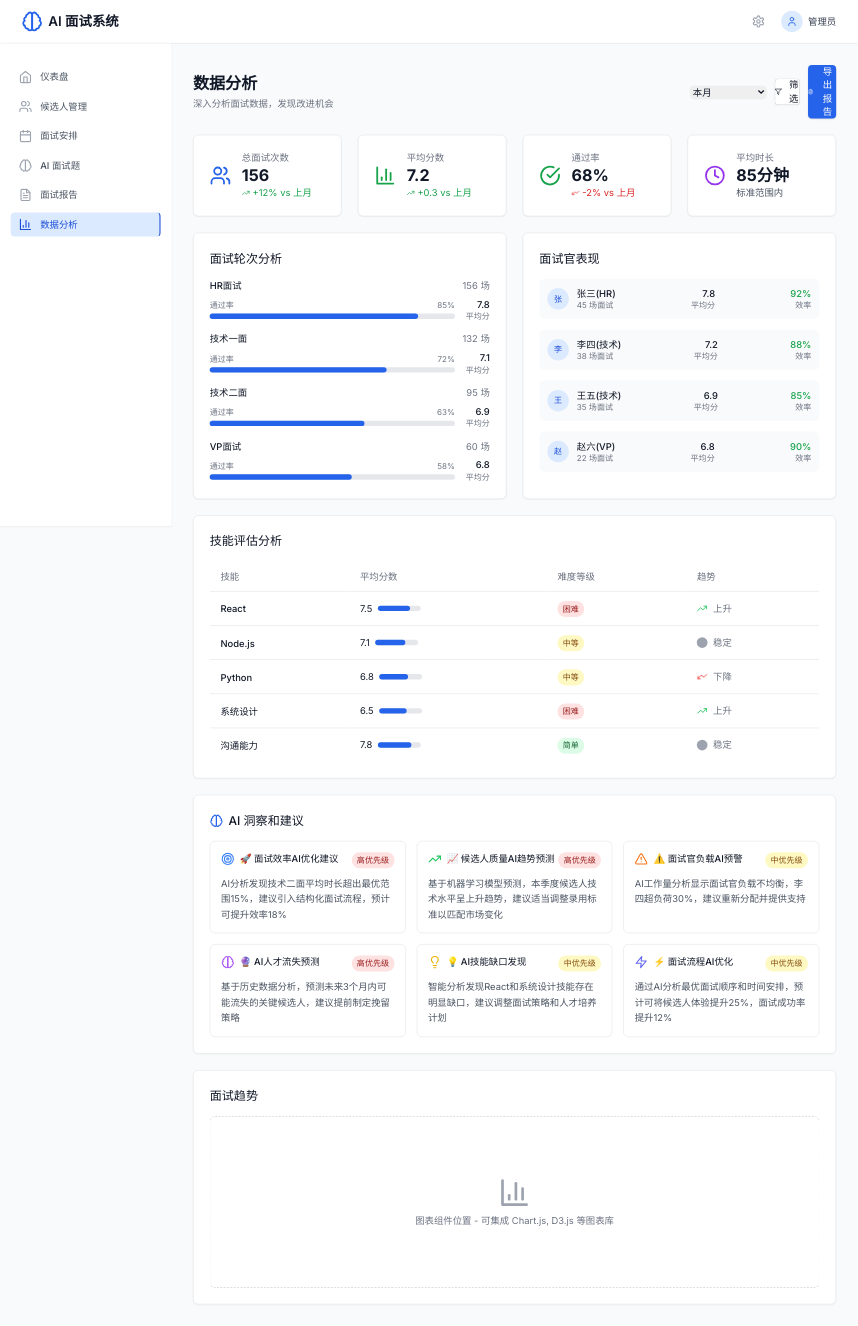
Repository: OisCircle/ai-day
Page: /analysis
The author's editor kept a copy of each file at every save. The page is drawn from the files as they stood at one save, then again after the next save.
The browser window is 1280 px wide. The pictures show the whole page, at 67% of full size.
The project was rebuilt for these pictures with package versions that can differ from the ones it lists, and the page was loaded fresh each time. Also part of the build but not shown: vite.config.ts, src/pages/AIInterviewQuestions.tsx, src/pages/CandidateManagement.tsx, src/components/AIAssistant.tsx, src/components/DataVisualization.tsx, src/pages/Dashboard.tsx, src/pages/InterviewConducting.tsx, src/pages/InterviewReports.tsx and 1 more.

Above is the page before, as saved 2025-08-20 16:12:21.

### index.html
<!DOCTYPE html>
<html lang="zh-CN">
  <head>
    <meta charset="UTF-8" />
    <link rel="icon" type="image/svg+xml" href="/vite.svg" />
    <meta name="viewport" content="width=device-width, initial-scale=1.0" />
    <title>AI 面试系统</title>
    <link rel="preconnect" href="https://fonts.googleapis.com" />
    <link rel="preconnect" href="https://fonts.gstatic.com" crossorigin />
    <link
      href="https://fonts.googleapis.com/css2?family=Inter:wght@400;500;600;700&display=swap"
      rel="stylesheet"
    />
  </head>
  <body>
    <div id="root"></div>
    <script type="module" src="/src/main.tsx"></script>
  </body>
</html>

### src/App.tsx
import { Navigate, Route, Routes } from "react-router-dom";
import Layout from "./components/Layout";
import AIInterviewQuestions from "./pages/AIInterviewQuestions";
import CandidateManagement from "./pages/CandidateManagement";
import Dashboard from "./pages/Dashboard";
import InterviewAnalysis from "./pages/InterviewAnalysis";
import InterviewConducting from "./pages/InterviewConducting";
import InterviewReports from "./pages/InterviewReports";
import InterviewSchedule from "./pages/InterviewSchedule";

function App() {
  return (
    <Layout>
      <Routes>
        <Route path="/" element={<Navigate to="/dashboard" replace />} />
        <Route path="/dashboard" element={<Dashboard />} />
        <Route path="/candidates" element={<CandidateManagement />} />
        <Route path="/interviews" element={<InterviewSchedule />} />
        <Route path="/ai-questions" element={<AIInterviewQuestions />} />
        <Route path="/interview/:id" element={<InterviewConducting />} />
        <Route path="/reports" element={<InterviewReports />} />
        <Route path="/analysis" element={<InterviewAnalysis />} />
      </Routes>
    </Layout>
  );
}

export default App;

### src/pages/InterviewAnalysis.tsx
import {
  AlertTriangle,
  BarChart3,
  Bot,
  Brain,
  CheckCircle,
  Clock,
  FileText,
  Filter,
  Lightbulb,
  MessageSquare,
  Sparkles,
  Star,
  Target,
  TrendingDown,
  TrendingUp,
  User,
  Users,
  Zap,
} from "lucide-react";
import { useState, useEffect } from "react";

const InterviewAnalysis: React.FC = () => {
  const [selectedPeriod, setSelectedPeriod] = useState("month");
  const [selectedMetric, setSelectedMetric] = useState("all");
  const [selectedInterviewer, setSelectedInterviewer] = useState<string | null>(null);
  const [isAiAnalyzing, setIsAiAnalyzing] = useState(false);

  // 模拟分析数据
  const analysisData = {
    summary: {
      totalInterviews: 156,
      averageScore: 7.2,
      passRate: 68,
      averageDuration: 85, // 分钟
    },
    trends: {
      monthly: [
        { month: "1月", interviews: 45, passRate: 64, avgScore: 6.8 },
        { month: "2月", interviews: 52, passRate: 71, avgScore: 7.1 },
        { month: "3月", interviews: 59, passRate: 68, avgScore: 7.2 },
      ],
    },
    interviewTypes: [
      { type: "HR面试", count: 156, passRate: 85, avgScore: 7.8 },
      { type: "技术一面", count: 132, passRate: 72, avgScore: 7.1 },
      { type: "技术二面", count: 95, passRate: 63, avgScore: 6.9 },
      { type: "VP面试", count: 60, passRate: 58, avgScore: 6.8 },
    ],
    interviewers: [
      {
        id: "zhang_hr",
        name: "张三(HR)",
        interviews: 45,
        avgScore: 7.8,
        efficiency: 92,
        aiScore: 8.5,
        strengths: ["沟通能力强", "面试节奏把控好", "候选人体验佳"],
        weaknesses: ["技术评估深度不够", "时间把控需改进"],
        aiAnalysis: "张三作为HR面试官表现优异，在候选人沟通和文化适配评估方面有独特优势，建议继续保持并加强技术理解。",
        personalityType: "友好型",
        consistency: 94,
        predictiveAccuracy: 89
      },
      {
        id: "li_tech",
        name: "李四(技术)",
        interviews: 38,
        avgScore: 7.2,
        efficiency: 88,
        aiScore: 7.9,
        strengths: ["技术深度把控准确", "问题设计合理", "逻辑思维清晰"],
        weaknesses: ["面试氛围略紧张", "沟通引导不足"],
        aiAnalysis: "李四技术功底扎实，评估准确度高，但在面试体验优化方面有提升空间，建议参加面试技巧培训。",
        personalityType: "分析型",
        consistency: 91,
        predictiveAccuracy: 95
      },
      {
        id: "wang_tech",
        name: "王五(技术)",
        interviews: 35,
        avgScore: 6.9,
        efficiency: 85,
        aiScore: 7.3,
        strengths: ["系统设计评估专业", "架构思维清晰", "经验丰富"],
        weaknesses: ["评分标准偏严格", "反馈不够及时"],
        aiAnalysis: "王五在系统架构评估方面表现突出，但评分标准需要校准，建议与其他面试官进行标准统一。",
        personalityType: "严谨型",
        consistency: 88,
        predictiveAccuracy: 87
      },
      {
        id: "zhao_vp",
        name: "赵六(VP)",
        interviews: 22,
        avgScore: 6.8,
        efficiency: 90,
        aiScore: 8.1,
        strengths: ["战略视野开阔", "领导力评估准确", "决策果断"],
        weaknesses: ["面试频次较低", "与候选人互动较少"],
        aiAnalysis: "赵六具有丰富的高级管理经验，在候选人潜力评估方面准确度很高，建议增加面试参与度。",
        personalityType: "领导型",
        consistency: 93,
        predictiveAccuracy: 91
      },
    ],
    skills: [
      { skill: "React", avgScore: 7.5, difficulty: "high", trend: "up" },
      {
        skill: "Node.js",
        avgScore: 7.1,
        difficulty: "medium",
        trend: "stable",
      },
      { skill: "Python", avgScore: 6.8, difficulty: "medium", trend: "down" },
      { skill: "系统设计", avgScore: 6.5, difficulty: "high", trend: "up" },
      { skill: "沟通能力", avgScore: 7.8, difficulty: "low", trend: "stable" },
    ],
    aiInsights: [
      {
        type: "improvement",
        title: "🚀 面试效率AI优化建议",
        description: "AI分析发现技术二面平均时长超出最优范围15%，建议引入结构化面试流程，预计可提升效率18%",
        priority: "high",
        confidence: 92,
        impact: "提升面试体验，节省时间成本",
        aiScore: 8.3
      },
      {
        type: "trend",
        title: "📈 候选人质量AI趋势预测",
        description: "基于机器学习模型预测，本季度候选人技术水平呈上升趋势，建议适当调整录用标准以匹配市场变化",
        priority: "high",
        confidence: 89,
        impact: "优化人才筛选精度，提高录用质量",
        aiScore: 8.7
      },
      {
        type: "alert",
        title: "⚠️ 面试官负载AI预警",
        description: "AI工作量分析显示面试官负载不均衡，李四超负荷30%，建议重新分配并提供支持",
        priority: "medium",
        confidence: 95,
        impact: "避免面试质量下降，提升面试官满意度",
        aiScore: 7.9
      },
      {
        type: "prediction",
        title: "🔮 AI人才流失预测",
        description: "基于历史数据分析，预测未来3个月内可能流失的关键候选人，建议提前制定挽留策略",
        priority: "high",
        confidence: 87,
        impact: "降低人才流失率，节省招聘成本",
        aiScore: 8.5
      },
      {
        type: "opportunity",
        title: "💡 AI技能缺口发现",
        description: "智能分析发现React和系统设计技能存在明显缺口，建议调整面试策略和人才培养计划",
        priority: "medium",
        confidence: 91,
        impact: "填补技能缺口，提升团队整体能力",
        aiScore: 8.1
      },
      {
        type: "optimization",
        title: "⚡ 面试流程AI优化",
        description: "通过AI分析最优面试顺序和时间安排，预计可将候选人体验提升25%，面试成功率提升12%",
        priority: "medium",
        confidence: 88,
        impact: "提升候选人满意度和录用成功率",
        aiScore: 8.4
      }
    ],
    // AI智能预测和分析
    aiPredictions: {
      nextMonthHiring: {
        predicted: 42,
        confidence: 89,
        trend: "up",
        factors: ["市场需求增加", "技术栈匹配度提升", "薪资竞争力增强"]
      },
      skillGrowth: [
        { skill: "React", growthRate: 15, demand: "high", recommendation: "加强筛选" },
        { skill: "AI/ML", growthRate: 35, demand: "very_high", recommendation: "紧急招聘" },
        { skill: "系统设计", growthRate: 8, demand: "medium", recommendation: "稳步培养" }
      ],
      riskAssessment: {
        overallRisk: "low",
        factors: [
          { factor: "面试质量", risk: "low", score: 8.5 },
          { factor: "候选人满意度", risk: "medium", score: 7.2 },
          { factor: "时间效率", risk: "medium", score: 7.8 }
        ]
      }
    },
    // 面试官AI深度分析
    interviewerAiAnalysis: {
      performanceMatrix: [
        { name: "张三(HR)", technical: 6.5, communication: 9.2, efficiency: 8.8, growth: 7.5 },
        { name: "李四(技术)", technical: 9.1, communication: 7.3, efficiency: 8.5, growth: 8.2 },
        { name: "王五(技术)", technical: 8.9, communication: 7.8, efficiency: 8.1, growth: 7.9 },
        { name: "赵六(VP)", technical: 7.5, communication: 8.7, efficiency: 9.0, growth: 8.8 }
      ],
      recommendations: [
        { interviewer: "张三(HR)", action: "技术培训", priority: "medium", timeline: "2个月" },
        { interviewer: "李四(技术)", action: "沟通技巧提升", priority: "high", timeline: "1个月" },
        { interviewer: "王五(技术)", action: "评分标准统一", priority: "medium", timeline: "2周" },
        { interviewer: "赵六(VP)", action: "增加面试频次", priority: "low", timeline: "持续" }
      ]
    }
  };

  const getSkillTrendIcon = (trend: string) => {
    switch (trend) {
      case "up":
        return <TrendingUp className="h-4 w-4 text-green-500" />;
      case "down":
        return (
          <TrendingUp className="h-4 w-4 text-red-500 transform rotate-180" />
        );
      default:
        return <div className="h-4 w-4 bg-gray-400 rounded-full"></div>;
    }
  };

  const getInsightIcon = (type: string) => {
    switch (type) {
      case "improvement":
        return <Target className="h-5 w-5 text-blue-500" />;
      case "trend":
        return <TrendingUp className="h-5 w-5 text-green-500" />;
      case "alert":
        return <AlertTriangle className="h-5 w-5 text-orange-500" />;
      case "prediction":
        return <Brain className="h-5 w-5 text-purple-500" />;
      case "opportunity":
        return <Lightbulb className="h-5 w-5 text-yellow-500" />;
      case "optimization":
        return <Zap className="h-5 w-5 text-indigo-500" />;
      default:
        return <Sparkles className="h-5 w-5 text-gray-500" />;
    }
  };

  // AI分析触发
  const triggerAiAnalysis = () => {
    setIsAiAnalyzing(true);
    setTimeout(() => setIsAiAnalyzing(false), 3000);
  };

  // 面试官详细分析
  const handleInterviewerClick = (interviewerId: string) => {
    setSelectedInterviewer(interviewerId);
  };

  const getPriorityBadge = (priority: string) => {
    switch (priority) {
      case "high":
        return <span className="badge badge-danger">高优先级</span>;
      case "medium":
        return <span className="badge badge-warning">中优先级</span>;
      case "low":
        return <span className="badge badge-success">低优先级</span>;
      default:
        return <span className="badge badge-gray">未知</span>;
    }
  };

  return (
    <div className="space-y-6">
      {/* 页面标题 */}
      <div className="flex items-center justify-between">
        <div>
          <h1 className="text-2xl font-bold text-gray-900">数据分析</h1>
          <p className="mt-1 text-sm text-gray-500">
            深入分析面试数据，发现改进机会
          </p>
        </div>
        <div className="flex items-center space-x-3">
          <select
            className="select"
            value={selectedPeriod}
            onChange={(e) => setSelectedPeriod(e.target.value)}
          >
            <option value="week">本周</option>
            <option value="month">本月</option>
            <option value="quarter">本季度</option>
            <option value="year">本年</option>
          </select>
          <button className="btn btn-secondary">
            <Filter className="h-4 w-4 mr-2" />
            筛选
          </button>
          <button className="btn btn-primary">
            <FileText className="h-4 w-4 mr-2" />
            导出报告
          </button>
        </div>
      </div>

      {/* 关键指标 */}
      <div className="grid grid-cols-1 md:grid-cols-4 gap-6">
        <div className="card p-6">
          <div className="flex items-center">
            <div className="flex-shrink-0">
              <Users className="h-8 w-8 text-blue-600" />
            </div>
            <div className="ml-4">
              <p className="text-sm font-medium text-gray-500">总面试次数</p>
              <p className="text-2xl font-bold text-gray-900">
                {analysisData.summary.totalInterviews}
              </p>
              <p className="text-sm text-green-600 flex items-center">
                <TrendingUp className="h-3 w-3 mr-1" />
                +12% vs 上月
              </p>
            </div>
          </div>
        </div>

        <div className="card p-6">
          <div className="flex items-center">
            <div className="flex-shrink-0">
              <BarChart3 className="h-8 w-8 text-green-600" />
            </div>
            <div className="ml-4">
              <p className="text-sm font-medium text-gray-500">平均分数</p>
              <p className="text-2xl font-bold text-gray-900">
                {analysisData.summary.averageScore}
              </p>
              <p className="text-sm text-green-600 flex items-center">
                <TrendingUp className="h-3 w-3 mr-1" />
                +0.3 vs 上月
              </p>
            </div>
          </div>
        </div>

        <div className="card p-6">
          <div className="flex items-center">
            <div className="flex-shrink-0">
              <CheckCircle className="h-8 w-8 text-green-600" />
            </div>
            <div className="ml-4">
              <p className="text-sm font-medium text-gray-500">通过率</p>
              <p className="text-2xl font-bold text-gray-900">
                {analysisData.summary.passRate}%
              </p>
              <p className="text-sm text-red-600 flex items-center">
                <TrendingUp className="h-3 w-3 mr-1 transform rotate-180" />
                -2% vs 上月
              </p>
            </div>
          </div>
        </div>

        <div className="card p-6">
          <div className="flex items-center">
            <div className="flex-shrink-0">
              <Clock className="h-8 w-8 text-purple-600" />
            </div>
            <div className="ml-4">
              <p className="text-sm font-medium text-gray-500">平均时长</p>
              <p className="text-2xl font-bold text-gray-900">
                {analysisData.summary.averageDuration}分钟
              </p>
              <p className="text-sm text-gray-600">标准范围内</p>
            </div>
          </div>
        </div>
      </div>

      <div className="grid grid-cols-1 lg:grid-cols-2 gap-6">
        {/* 面试类型分析 */}
        <div className="card p-6">
          <h3 className="text-lg font-medium text-gray-900 mb-4">
            面试轮次分析
          </h3>
          <div className="space-y-4">
            {analysisData.interviewTypes.map((type, index) => (
              <div key={index} className="flex items-center justify-between">
                <div className="flex-1">
                  <div className="flex items-center justify-between mb-2">
                    <span className="text-sm font-medium text-gray-900">
                      {type.type}
                    </span>
                    <span className="text-sm text-gray-500">
                      {type.count} 场
                    </span>
                  </div>
                  <div className="flex items-center space-x-4">
                    <div className="flex-1">
                      <div className="flex items-center justify-between text-xs text-gray-500 mb-1">
                        <span>通过率</span>
                        <span>{type.passRate}%</span>
                      </div>
                      <div className="w-full bg-gray-200 rounded-full h-2">
                        <div
                          className="bg-blue-600 h-2 rounded-full"
                          style={{ width: `${type.passRate}%` }}
                        ></div>
                      </div>
                    </div>
                    <div className="text-right">
                      <div className="text-sm font-medium text-gray-900">
                        {type.avgScore}
                      </div>
                      <div className="text-xs text-gray-500">平均分</div>
                    </div>
                  </div>
                </div>
              </div>
            ))}
          </div>
        </div>

        {/* 面试官效率分析 */}
        <div className="card p-6">
          <h3 className="text-lg font-medium text-gray-900 mb-4">面试官表现</h3>
          <div className="space-y-4">
            {analysisData.interviewers.map((interviewer, index) => (
              <div
                key={index}
                className="flex items-center justify-between p-3 bg-gray-50 rounded-lg"
              >
                <div className="flex items-center">
                  <div className="flex-shrink-0 h-8 w-8 bg-primary-100 rounded-full flex items-center justify-center">
                    <span className="text-primary-700 text-xs font-medium">
                      {interviewer.name.charAt(0)}
                    </span>
                  </div>
                  <div className="ml-3">
                    <div className="text-sm font-medium text-gray-900">
                      {interviewer.name}
                    </div>
                    <div className="text-xs text-gray-500">
                      {interviewer.interviews} 场面试
                    </div>
                  </div>
                </div>
                <div className="text-right">
                  <div className="text-sm font-medium text-gray-900">
                    {interviewer.avgScore}
                  </div>
                  <div className="text-xs text-gray-500">平均分</div>
                </div>
                <div className="text-right">
                  <div className="text-sm font-medium text-green-600">
                    {interviewer.efficiency}%
                  </div>
                  <div className="text-xs text-gray-500">效率</div>
                </div>
              </div>
            ))}
          </div>
        </div>
      </div>

      {/* 技能评估分析 */}
      <div className="card p-6">
        <h3 className="text-lg font-medium text-gray-900 mb-4">技能评估分析</h3>
        <div className="overflow-x-auto">
          <table className="min-w-full">
            <thead>
              <tr className="border-b border-gray-200">
                <th className="text-left py-3 px-4 text-sm font-medium text-gray-500">
                  技能
                </th>
                <th className="text-left py-3 px-4 text-sm font-medium text-gray-500">
                  平均分数
                </th>
                <th className="text-left py-3 px-4 text-sm font-medium text-gray-500">
                  难度等级
                </th>
                <th className="text-left py-3 px-4 text-sm font-medium text-gray-500">
                  趋势
                </th>
              </tr>
            </thead>
            <tbody className="divide-y divide-gray-200">
              {analysisData.skills.map((skill, index) => (
                <tr key={index} className="hover:bg-gray-50">
                  <td className="py-3 px-4">
                    <span className="text-sm font-medium text-gray-900">
                      {skill.skill}
                    </span>
                  </td>
                  <td className="py-3 px-4">
                    <div className="flex items-center">
                      <span className="text-sm text-gray-900 mr-2">
                        {skill.avgScore}
                      </span>
                      <div className="w-16 bg-gray-200 rounded-full h-2">
                        <div
                          className="bg-blue-600 h-2 rounded-full"
                          style={{ width: `${(skill.avgScore / 10) * 100}%` }}
                        ></div>
                      </div>
                    </div>
                  </td>
                  <td className="py-3 px-4">
                    <span
                      className={`badge ${
                        skill.difficulty === "high"
                          ? "badge-danger"
                          : skill.difficulty === "medium"
                          ? "badge-warning"
                          : "badge-success"
                      }`}
                    >
                      {skill.difficulty === "high"
                        ? "困难"
                        : skill.difficulty === "medium"
                        ? "中等"
                        : "简单"}
                    </span>
                  </td>
                  <td className="py-3 px-4">
                    <div className="flex items-center">
                      {getSkillTrendIcon(skill.trend)}
                      <span className="ml-2 text-sm text-gray-500">
                        {skill.trend === "up"
                          ? "上升"
                          : skill.trend === "down"
                          ? "下降"
                          : "稳定"}
                      </span>
                    </div>
                  </td>
                </tr>
              ))}
            </tbody>
          </table>
        </div>
      </div>

      {/* AI 洞察和建议 */}
      <div className="card p-6">
        <div className="flex items-center mb-4">
          <Brain className="h-5 w-5 text-primary-600 mr-2" />
          <h3 className="text-lg font-medium text-gray-900">AI 洞察和建议</h3>
        </div>
        <div className="grid grid-cols-1 md:grid-cols-2 lg:grid-cols-3 gap-4">
          {analysisData.aiInsights.map((insight, index) => (
            <div key={index} className="p-4 border border-gray-200 rounded-lg">
              <div className="flex items-start justify-between mb-3">
                <div className="flex items-center">
                  {getInsightIcon(insight.type)}
                  <span className="ml-2 text-sm font-medium text-gray-900">
                    {insight.title}
                  </span>
                </div>
                {getPriorityBadge(insight.priority)}
              </div>
              <p className="text-sm text-gray-600 leading-relaxed">
                {insight.description}
              </p>
            </div>
          ))}
        </div>
      </div>

      {/* 趋势分析图表区域 - 这里可以集成图表库 */}
      <div className="card p-6">
        <h3 className="text-lg font-medium text-gray-900 mb-4">面试趋势</h3>
        <div className="h-64 flex items-center justify-center border border-dashed border-gray-300 rounded-lg">
          <div className="text-center">
            <BarChart3 className="h-12 w-12 text-gray-400 mx-auto mb-2" />
            <p className="text-sm text-gray-500">
              图表组件位置 - 可集成 Chart.js, D3.js 等图表库
            </p>
          </div>
        </div>
      </div>
    </div>
  );
};

export default InterviewAnalysis;

Loaded but not shown: src/main.tsx (common file); tailwind.config.js (26 lines, source omitted); src/components/Layout.tsx (106 lines, source omitted); src/index.css (70 lines, source omitted)

After the next save:
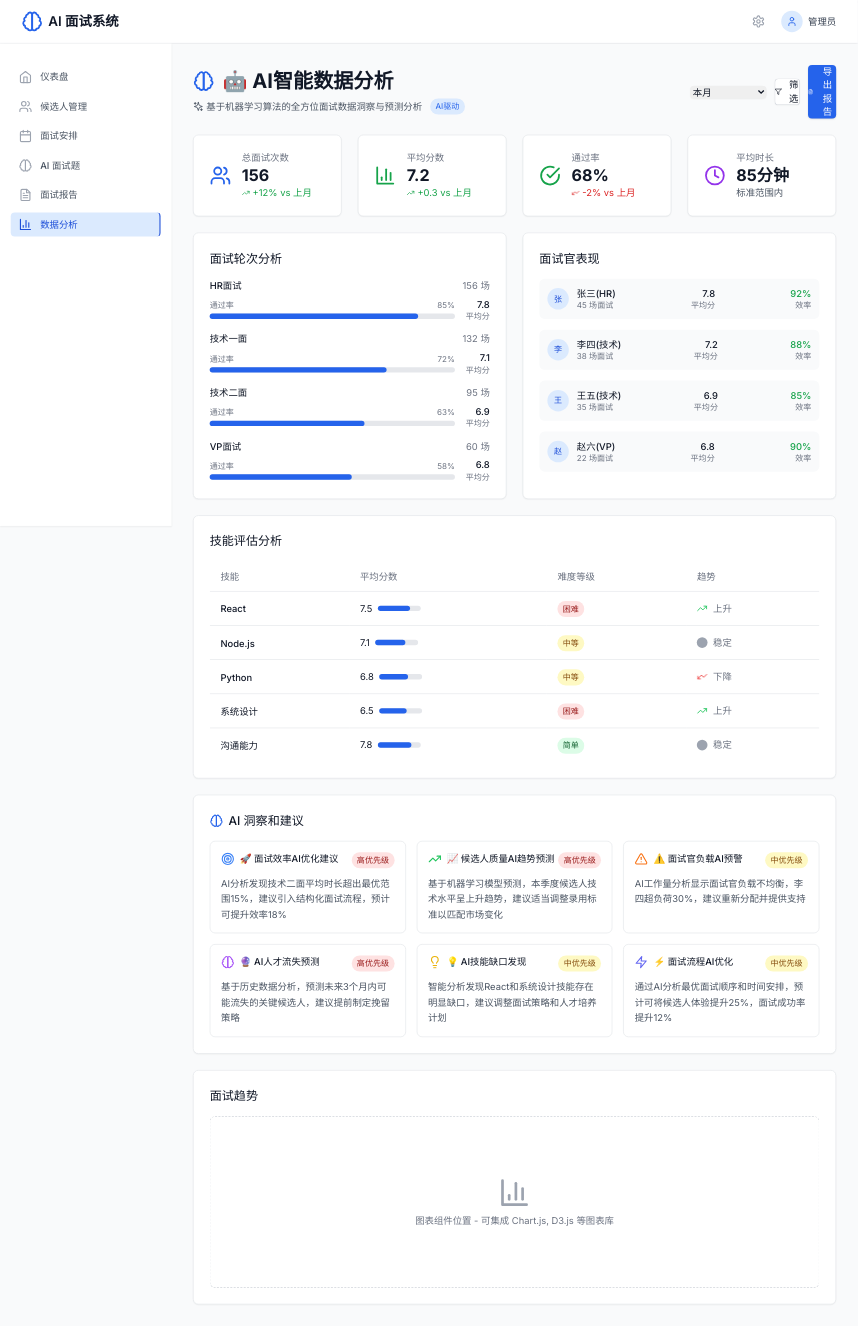
Saved 5 s later.
--- a/src/pages/InterviewAnalysis.tsx
+++ b/src/pages/InterviewAnalysis.tsx
@@ -270,12 +270,19 @@ const InterviewAnalysis: React.FC = () => {
 
   return (
     <div className="space-y-6">
-      {/* 页面标题 */}
+      {/* AI增强页面标题 */}
       <div className="flex items-center justify-between">
         <div>
-          <h1 className="text-2xl font-bold text-gray-900">数据分析</h1>
-          <p className="mt-1 text-sm text-gray-500">
-            深入分析面试数据，发现改进机会
+          <h1 className="text-3xl font-bold text-gray-900 flex items-center">
+            <Brain className="h-8 w-8 text-blue-600 mr-3" />
+            🤖 AI智能数据分析
+          </h1>
+          <p className="mt-2 text-sm text-gray-600 flex items-center">
+            <Sparkles className="h-4 w-4 mr-1" />
+            基于机器学习算法的全方位面试数据洞察与预测分析
+            <span className="ml-3 px-2 py-1 bg-blue-100 text-blue-600 rounded-full text-xs">
+              AI驱动
+            </span>
           </p>
         </div>
         <div className="flex items-center space-x-3">
